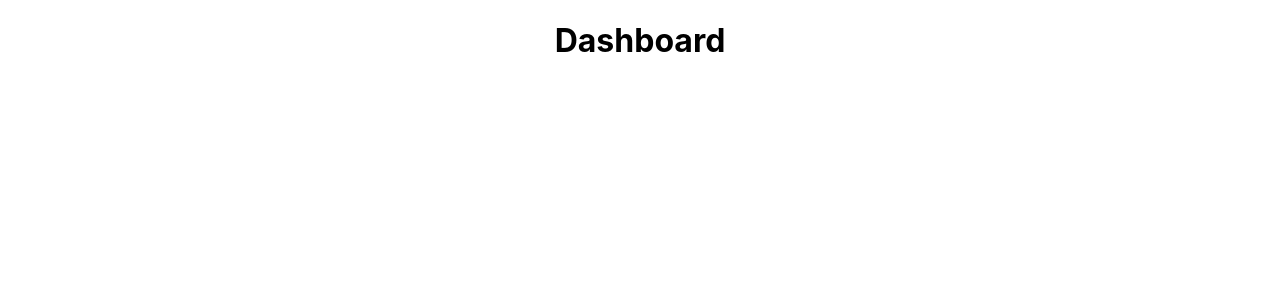
Repository: ThatGirlJam/RosMon
Page: / (app in frontend/)
The author's editor kept a copy of each file at every save. The page is drawn from the files as they stood at one save, then again after the next save.
The browser window is 1280 px wide. The pictures show the whole page.
The project was rebuilt for these pictures with package versions that can differ from the ones it lists, and the page was loaded fresh each time. Also part of the build but not shown: frontend/src/components/signinPage/signin.js, frontend/src/components/signupPage/signup.js.

Above is the page before, as saved 2024-06-28 01:51:41.

After the next save:
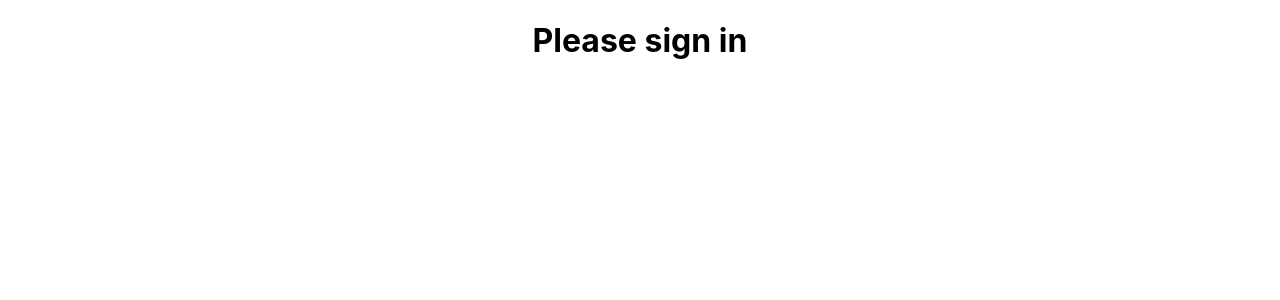
Saved 23 s later.
--- a/frontend/src/components/dashboard/dashboard.js
+++ b/frontend/src/components/dashboard/dashboard.js
@@ -1,11 +1,26 @@
 import React from "react";
+import { isAuthenticated, signout } from "../../Backend";
+import { useNavigate } from "react-router-dom";
 
-// Dashboard component
-function Dashboard() {
-  return (
-    // Displaying a heading for the dashboard
-    <h1>Dashboard</h1>
+const Dashboard = () => {
+  const navigate = useNavigate(); // Initialize navigation
+  const authenticatedUser = isAuthenticated(); // Check if the user is authenticated
+
+  // Function to handle signout action
+  const onSignout = () => {
+    signout(); // Perform signout action
+    console.log("Signed out");
+    navigate("/signin"); // Redirect to login page after sign out
+  };
+
+  return !authenticatedUser ? (
+    <h1>Please sign in</h1>
+  ) : (
+    <div className="dashboard">
+      <button onClick={onSignout}>Sign Out</button>
+      <h1>Hello, {authenticatedUser.user.name}</h1> {/* Display user's name */}
+    </div>
   );
-}
+};
 
 export default Dashboard;
